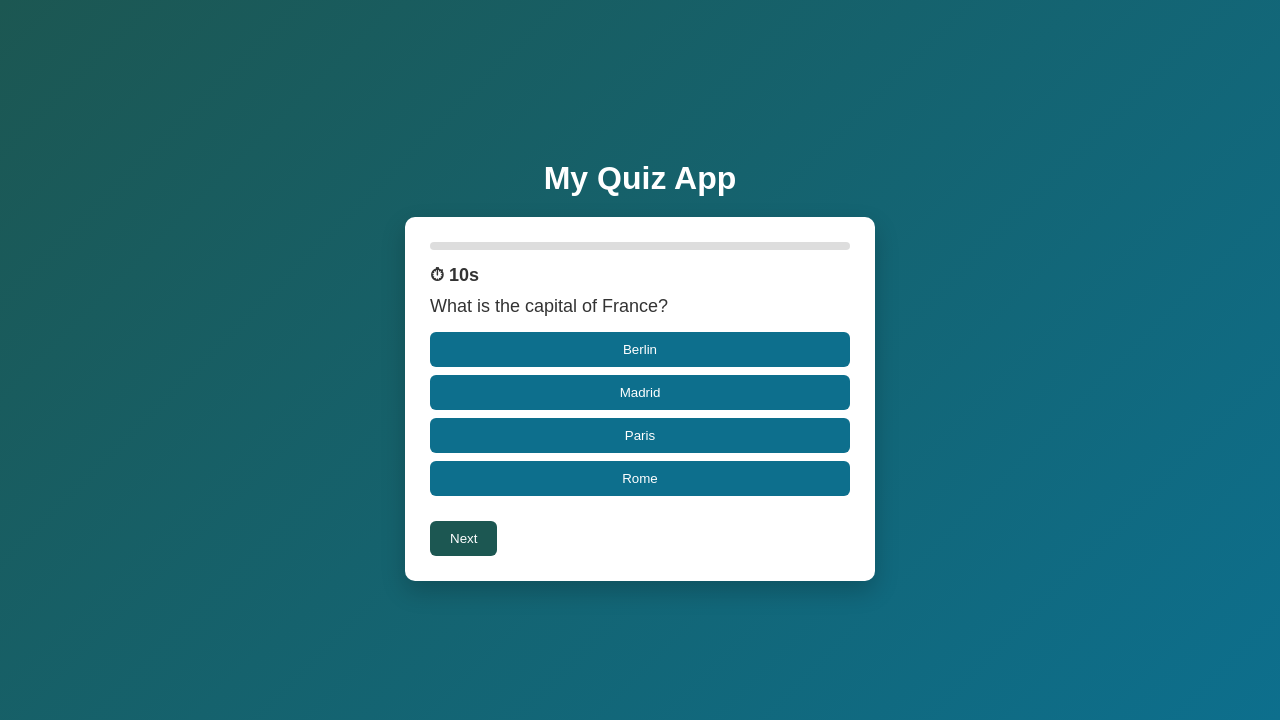
Repository: fatimaqueen9967-eng/SyntacexhubQuizApp
Page: index.html
These files come from the project's save history. The page is drawn as it stood at one moment and after the next save; the edit follows.
The browser window is 1280 px wide. The pictures show the whole page.

Above is the page before, as saved 2026-03-15 20:14:08.

### index.html
<!DOCTYPE html>
<html lang="en">
<head>
<meta charset="UTF-8">
<meta name="viewport" content="width=device-width, initial-scale=1.0">
<title>Quiz App</title>
<link rel="stylesheet" href="style.css">
</head>

<body>

<h1>My Quiz App</h1>

<div class="box">

<div class="progress-bar">
<div id="progress"></div>
</div>

<div id="timer">⏱ 15s</div>

<div id="question"></div>

<div id="options" class="options"></div>

<div id="answer-info"></div>

<button id="nextBtn">Next</button>

</div>

<div id="result" class="result-box hidden">

<div class="circle">
<span id="scorePercent">0%</span>
</div>

<h2>Quiz Result</h2>

<p id="correct"></p>
<p id="wrong"></p>

<button onclick="location.reload()">Restart Quiz</button>

</div>

<script src="script.js"></script>

</body>
</html>

### style.css
body{
background:linear-gradient(135deg,#1c5752,#0d6f8d);
font-family:Arial;
display:flex;
flex-direction:column;
align-items:center;
justify-content:center;
min-height:100vh;
margin:0;
color:white;
}

h1{
margin-bottom:20px;
}

.box{
background:white;
color:#333;
width:420px;
max-width:90%;
padding:25px;
border-radius:10px;
box-shadow:0 10px 25px rgba(0,0,0,0.2);
animation:fadeIn .5s;
}

@keyframes fadeIn{
from{opacity:0;transform:translateY(20px)}
to{opacity:1}
}

.progress-bar{
width:100%;
height:8px;
background:#ddd;
border-radius:10px;
overflow:hidden;
margin-bottom:15px;
}

#progress{
height:100%;
width:0%;
background:#0d6f8d;
transition:width .4s;
}

#timer{
font-size:18px;
font-weight:bold;
margin-bottom:10px;
}

#question{
font-size:18px;
margin-bottom:15px;
}

.options button{
display:block;
width:100%;
padding:10px;
margin:8px 0;
border:none;
border-radius:6px;
background:#0d6f8d;
color:white;
cursor:pointer;
transition:.3s;
}

.options button:hover{
transform:scale(1.03);
background:#094f64;
}

.correct{
background:#2ecc71 !important;
}

.wrong{
background:#e74c3c !important;
}

#answer-info{
margin-top:10px;
font-weight:bold;
}

#nextBtn{
margin-top:15px;
padding:10px 20px;
background:#1c5752;
color:white;
border:none;
border-radius:6px;
cursor:pointer;
}

/* RESULT */

.result-box{
text-align:center;
background:white;
color:#333;
padding:30px;
border-radius:10px;
width:350px;
max-width:90%;
box-shadow:0 10px 25px rgba(0,0,0,0.2);
}

.hidden{
display:none;
}

.circle{
width:150px;
height:150px;
border-radius:50%;
border:12px solid #0d6f8d;
display:flex;
align-items:center;
justify-content:center;
font-size:28px;
font-weight:bold;
margin:20px auto;
animation:pop .6s;
}

@keyframes pop{
from{transform:scale(.5);opacity:0}
to{transform:scale(1)}
}

/* RESPONSIVE */

@media(max-width:600px){

.box{
padding:20px;
}

#question{
font-size:16px;
}

.options button{
font-size:14px;
}

.circle{
width:120px;
height:120px;
font-size:22px;
}

}

### script.js
const quizData=[

{
question:"What is the capital of France?",
options:["Berlin","Madrid","Paris","Rome"],
answer:"Paris"
},

{
question:"Full form of HTML?",
options:[
"Hyper Text Markup Language",
"High Text Markup Language",
"Hyper Text Market Language",
"None"
],
answer:"Hyper Text Markup Language"
},

{
question:"What is Generative AI?",
options:[
"AI that generates new content",
"AI that understands language",
"AI that plays games",
"AI that recognizes images"
],
answer:"AI that generates new content"
},

{
question:"Founder of Microsoft?",
options:[
"Steve Jobs",
"Bill Gates",
"Mark Zuckerberg",
"Elon Musk"
],
answer:"Bill Gates"
}

]

let currentQuestion=0
let score=0
let wrong=0
let timer
let timeLeft=15

const questionEl=document.getElementById("question")
const optionsEl=document.getElementById("options")
const nextBtn=document.getElementById("nextBtn")
const timerEl=document.getElementById("timer")
const progress=document.getElementById("progress")
const answerInfo=document.getElementById("answer-info")

function loadQuestion(){

clearInterval(timer)

timeLeft=15
startTimer()

let q=quizData[currentQuestion]

questionEl.innerText=q.question

optionsEl.innerHTML=""
answerInfo.innerHTML=""

progress.style.width=(currentQuestion/quizData.length)*100+"%"

q.options.forEach(option=>{

let btn=document.createElement("button")
btn.innerText=option

btn.onclick=()=>selectAnswer(btn,option,q.answer)

optionsEl.appendChild(btn)

})

}

function startTimer(){

timerEl.innerText="⏱ "+timeLeft+"s"

timer=setInterval(()=>{

timeLeft--

timerEl.innerText="⏱ "+timeLeft+"s"

if(timeLeft<=0){

clearInterval(timer)
showCorrectAnswer()

}

},1000)

}

function selectAnswer(button,option,correct){

clearInterval(timer)

let buttons=document.querySelectorAll(".options button")

buttons.forEach(btn=>btn.disabled=true)

if(option===correct){

button.classList.add("correct")
score++

}else{

button.classList.add("wrong")
wrong++
showCorrectAnswer()

}

}

function showCorrectAnswer(){

let q=quizData[currentQuestion]

let buttons=document.querySelectorAll(".options button")

buttons.forEach(btn=>{

if(btn.innerText===q.answer){

btn.classList.add("correct")

}

})

answerInfo.innerText="Correct Answer: "+q.answer

}

nextBtn.onclick=()=>{

currentQuestion++

if(currentQuestion<quizData.length){

loadQuestion()

}else{

showResult()

}

}

function showResult(){

document.querySelector(".box").style.display="none"

let result=document.getElementById("result")

result.classList.remove("hidden")

let percent=Math.round((score/quizData.length)*100)

document.getElementById("scorePercent").innerText=percent+"%"

document.getElementById("correct").innerText="Correct Answers: "+score

document.getElementById("wrong").innerText="Wrong Answers: "+wrong

}

loadQuestion()

After the next save:
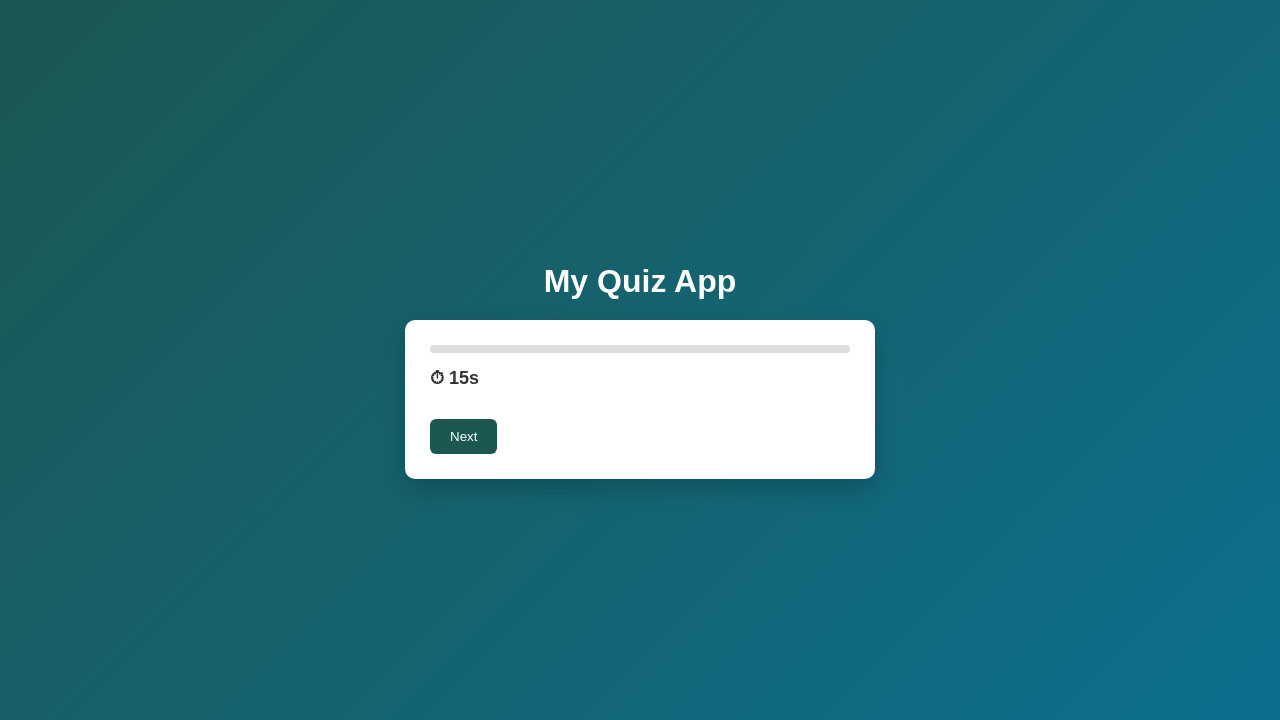
Console error: SyntaxError: Unexpected token '{'
Saved 77 s later.
--- a/script.js
+++ b/script.js
@@ -28,6 +28,46 @@ options:[
 answer:"AI that generates new content"
 },
 
+{
+question:"Founder of Microsoft?",
+options:[
+"Steve Jobs",
+"Bill Gates",
+"Mark Zuckerberg",
+"Elon Musk"
+],
+answer:"Bill Gates"
+}
+{
+question:"Founder of Microsoft?",
+options:[
+"Steve Jobs",
+"Bill Gates",
+"Mark Zuckerberg",
+"Elon Musk"
+],
+answer:"Bill Gates"
+}
+{
+question:"Founder of Microsoft?",
+options:[
+"Steve Jobs",
+"Bill Gates",
+"Mark Zuckerberg",
+"Elon Musk"
+],
+answer:"Bill Gates"
+}
+{
+question:"Founder of Microsoft?",
+options:[
+"Steve Jobs",
+"Bill Gates",
+"Mark Zuckerberg",
+"Elon Musk"
+],
+answer:"Bill Gates"
+}
 {
 question:"Founder of Microsoft?",
 options:[
